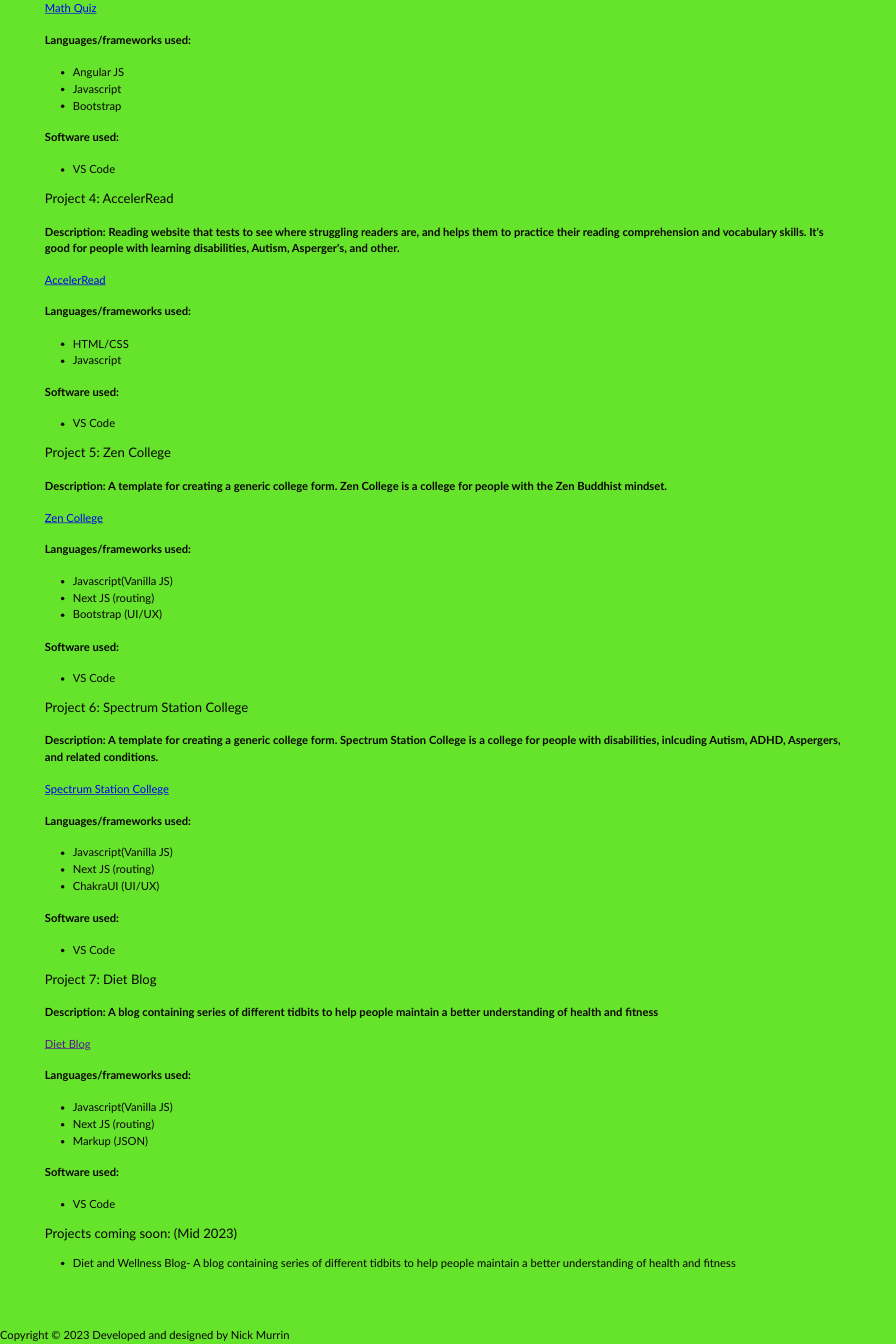
Repository: collegedude9300/modernport
Page: about.html
These files come from the project's save history. The page is drawn as it stood at one moment and after the next save; the edit follows.
The browser window is 1280 px wide. The pictures show the part of the page from y = 1328 to 3248 px (the page is 3248 px tall), at 70% of full size.

Above is the page before, as saved 2023-06-25 20:43:07.

### about.html
<!DOCTYPE html>
<html lang="en">
<head>
  <meta charset="UTF-8">
  <meta name="viewport" content="width=device-width, initial-scale=1.0">
  <meta http-equiv="X-UA-Compatible" content="ie=edge">
  <link rel="stylesheet" href="css/main.css">
  <title>Portfolio</title>
</head>
<body>
<header>
<div class="menu-btn">
<div class="btn-line"></div>
<div class="btn-line"></div>
<div class="btn-line"></div>
</div>

<nav class="menu">
<div class="menu-branding">
<div class="portrait"></div>
</div>

<ul class="menu-nav">
<li class="nav-item">
<a href="index.html" class="nav-link">
Home
</a>
</li>

<li class="nav-item current">
<a href="about.html" class="nav-link">
About Me
</a>
</li>



<li class="nav-item">
<a href="contact.html" class="nav-link">
Contact Me
</a>
</li>
</ul>
</nav>
</header>
<main id="home">

<h1 class="lg-heading">
About Me:
</h1>
    <div class="about-info">
      <div class="bio">
        <p>My name is Nick Murrin and I am a Computer Science graduate of California State University San Marcos.
        I also have a certification in web development, specifically in Full Stack Web Developement.
        My  current expertise is in Front End Web Development.
        I take pride in my  work, and I am always available to help people with their websites.
        </p>
        <h4>  Web Development Projects:</h4>
      </div>
      <div class="project1">
        <h3>Project 1: Education Station </h3>
        <h4>Description: An educational website that reinforces early education for younger kids.</h4>
        <a href="https://educationstation.vercel.app/ "/>Education Station </a>
<h4> Languages/frameworks used: </h4>
<ul>
  <li>Javascript (Vanilla JS)</li>
  <li>Bootstrap</li>
</ul>
<h4> Software used: </h4>
<ul>
<li> Notepad ++  </li>
</ul>
      </div>
      <div class="project2">
        <h3>Project 2: Zen Station</h3>
        <h4>Description: A relaxing website that allows users to settle down by living in the moment through various forms of enlightenment.
          (formally known as Zen Center, but now remastered)</h4>
        <a href="https://zenstationnext.vercel.app/"/> Zen Station </a>
<h4> Languages/frameworks used: </h4>
<ul>
  <li>Javascript(Vanilla JS)</li>
  <li>Next JS (routing)</li>
  <li>Bootstrap (UI/UX)</li>
</ul>
<h4> Software used: </h4>
<ul>
<li> VS Code  </li>
</ul>
      </div>
<div class="project3">
        <h3>Project 3: Math Quiz for Kids</h3>
        <h4>Description: A math quiz practicing math facts.</h4>
        <a href="https://mathquiz-sigma.vercel.app/"/> Math Quiz </a>
<h4> Languages/frameworks used: </h4>
<ul>
  <li>Angular JS</li>
  <li>Javascript</li>
  <li>Bootstrap</li>
</ul>
<h4> Software used: </h4>
<ul>
<li> VS Code  </li>
</ul>
      </div>
</div>
</div>
<div class="project4">
  <h3>Project 4: AccelerRead</h3>
  <h4>Description: Reading website that tests to see where struggling readers are,
and helps them to practice their reading comprehension and vocabulary skills.
 It's good for people with learning disabilities, Autism, Asperger's, and other.</h4>
  <a href="https://accelerread.vercel.app/"/> AccelerRead </a>
<h4> Languages/frameworks used: </h4>
<ul>
<li>HTML/CSS</li>
<li>Javascript</li>
</ul>
<h4> Software used: </h4>
<ul>
<li> VS Code  </li>
</ul>
</div>
</div>
<div class="project5">
  <h3>Project 5: Zen College</h3>
  <h4>Description: A template for creating a generic college form. Zen College is a college for people with the Zen Buddhist mindset.</h4>
  <a href="https://zenschool.vercel.app/"/> Zen College </a>
<h4> Languages/frameworks used: </h4>
<ul>
  <li>Javascript(Vanilla JS)</li>
  <li>Next JS (routing)</li>
  <li>Bootstrap (UI/UX)</li>
</ul>
<h4> Software used: </h4>
<ul>
<li> VS Code  </li>
</ul>
</div>
</div>
<div class="project6">
  <h3>Project 6: Spectrum Station College</h3>
  <h4>Description: A template for creating a generic college form. Spectrum Station College is a college for people with disabilities, inlcuding Autism, ADHD, Aspergers, and related conditions.</h4>
  <a href="https://spectrumstation.vercel.app/"/> Spectrum Station College </a>
<h4> Languages/frameworks used: </h4>
<ul>
  <li>Javascript(Vanilla JS)</li>
  <li>Next JS (routing)</li>
  <li>ChakraUI (UI/UX)</li>
</ul>
<h4> Software used: </h4>
<ul>
<li> VS Code  </li>
</ul>
</div>
</div>

<div class="project7">
  <h3>Project 7: Diet Blog</h3>
  <h4>Description: A blog containing series of different tidbits to help people maintain a better understanding of health and fitness</h4>
  <a href=""/> Diet Blog </a>
<h4> Languages/frameworks used: </h4>
<ul>
  <li>Javascript(Vanilla JS)</li>
  <li>Next JS (routing)</li>
  <li>Markup (JSON)</li>
</ul>
<h4> Software used: </h4>
<ul>
<li> VS Code  </li>
</ul>
</div>
</div>



<h3> Projects coming soon: (Mid 2023)      </h3>
<ul>
  <li> Diet and Wellness Blog- A blog containing series of different tidbits to help people maintain a better understanding of health and fitness</li>
</ul>
</main>
  <footer id="main-footer">
  Copyright &copy; 2023
  Developed and designed by Nick Murrin
  </footer>
<script src="js/main.js"> </script>
</body>
</html>

### css/main.css
.menu-btn {
  position: absolute;
  z-index: 3;
  right: 35px;
  top: 35px;
  cursor: pointer;
  transition: all 0.5s ease-out; }
  .menu-btn .btn-line {
    width: 28px;
    height: 3px;
    margin: 0 0 5px 0;
    background: #000;
    transition: all 0.5s ease-out; }
  .menu-btn.close {
    transform: rotate(180deg); }
    .menu-btn.close .btn-line:nth-child(1) {
      transform: rotate(45deg) translate(5px, 5px); }
    .menu-btn.close .btn-line:nth-child(2) {
      opacity: 0; }
    .menu-btn.close .btn-line:nth-child(3) {
      transform: rotate(-45deg) translate(7px, -6px); }

.menu {
  position: fixed;
  top: 0;
  width: 100%;
  opacity: 0.9;
  visibility: hidden; }
  .menu.show {
    visibility: visible; }
  .menu-branding, .menu-nav {
    display: flex;
    flex-flow: column wrap;
    align-items: center;
    justify-content: center;
    float: left;
    width: 50%;
    height: 100vh;
    overflow: hidden; }
  .menu-nav {
    margin: 0;
    padding: 0;
    background: #f6a205;
    list-style: none;
    transform: translate3d(0, -100%, 0);
    transition: all 0.5s ease-out; }
    .menu-nav.show {
      transform: translate3d(0, 0, 0); }
  .menu-branding {
    background: #faac1b;
    transform: translate3d(0, 100%, 0);
    transition: all 0.5s ease-out; }
    .menu-branding.show {
      transform: translate3d(0, 0, 0); }
    .menu-branding .portrait {
      width: 250px;
      height: 250px; }
  .menu .nav-item {
    transform: translate3d(600px, 0, 0);
    transition: all 0.5s ease-out; }
    .menu .nav-item.show {
      transform: translate3d(0, 0, 0); }
  .menu .nav-link {
    display: inline-block;
    position: relative;
    font-size: 30px;
    text-transform: uppercase;
    padding: 1rem 0;
    font-weight: 300;
    color: #000;
    text-decoration: none;
    transition: all 0.5s ease-out; }

.nav-item:nth-child(1) {
  transition-delay: 0.1s; }

.nav-item:nth-child(2) {
  transition-delay: 0.2s; }

.nav-item:nth-child(3) {
  transition-delay: 0.3s; }

.nav-item:nth-child(4) {
  transition-delay: 0.4s; }

@media screen and (min-width: 1171px) {
  .projects {
    grid-template-columns: repeat(4, 1fr); } }

@media screen and (min-width: 769px) and (max-width: 1170px) {
  .projects {
    grid-template-columns: repeat(3, 1fr); } }

@media screen and (max-width: 768px) {
  main {
    align-items: center;
    text-align: center; }
    main .lg-heading {
      line-height: 1;
      margin-bottom: 1rem; }
  ul.menu-nav,
  div.menu-branding {
    float: none;
    width: 100%;
    min-height: 0; }
    ul.menu-nav.show,
    div.menu-branding.show {
      transform: translate3d(0, 0, 0); }
  .menu-nav {
    height: 75vh;
    transform: translate3d(-100%, 0, 0);
    font-size: 24px; }
  .menu-branding {
    height: 25vh;
    transform: translate3d(100%, 0, 0); }
    .menu-branding .portrait {
      width: 150px;
      height: 150px; }
  .about-info {
    grid-template-areas: 'bioimage'
 'bio'
 'job1'
 'job2'
 'job3';
    grid-template-columns: 1fr; }
  .projects {
    grid-template-columns: repeat(2, 1fr); } }

@media screen and (max-width: 500px) {
  main {
    padding: 2rem; }
    main #home h1 {
      margin-top: 10vh; }
    main .lg-heading {
      margin-top: 1rem;
      font-size: 5rem; }
  .projects {
    grid-template-columns: 1fr; } }

* {
  box-sizing: border-box; }

body {
  background: #66e42c;
  color: #0a0303;
  height: 100%;
  margin: 0;
  font-family: 'Trebuchet MS', 'Lucida Sans Unicode', 'Lucida Grande', 'Lucida Sans', Arial, sans-serif;
  line-height: 1.5; }

.transition1 {
  width: 150px;
  height: 150px;
  background: red;
  transition: width 3s; }

.transition2 {
  width: 150px;
  height: 150px;
  background: #12e7ee;
  transition: width 3s; }

.transition3 {
  width: 150px;
  height: 150px;
  background: #e7d918;
  transition: width 3s; }

.transition4 {
  width: 150px;
  height: 150px;
  background: rgba(238, 150, 18, 0.753);
  transition: width 3s; }

.myTitle {
  padding: 50px;
  margin: 20px;
  font-size: 30px;
  font-family: Cambria, Cochin, Georgia, Times, 'Times New Roman', serif;
  color: #1133ca; }

h1, h2, h3 {
  margin: 0;
  font-weight: 400; }

.lg-heading {
  font-size: 6rem; }

header {
  position: relative;
  z-index: 2; }

main {
  padding: 4rem;
  height: 100%; }
  main#home {
    overflow: hidden; }
  main h1 {
    margin-top: 20vh; }

### js/main.js
// Select DOM Items
const menuBtn = document.querySelector('.menu-btn');
const menu = document.querySelector('.menu');
const menuNav = document.querySelector('.menu-nav');
const menuBranding = document.querySelector('.menu-branding');
const navItems = document.querySelectorAll('.nav-item');

// Set Initial State Of Menu
let showMenu = false;

menuBtn.addEventListener('click', toggleMenu);

function toggleMenu() {
  if (!showMenu) {
    menuBtn.classList.add('close');
    menu.classList.add('show');
    menuNav.classList.add('show');
    menuBranding.classList.add('show');
    navItems.forEach(item => item.classList.add('show'));

    // Set Menu State
    showMenu = true;
  } else {
    menuBtn.classList.remove('close');
    menu.classList.remove('show');
    menuNav.classList.remove('show');
    menuBranding.classList.remove('show');
    navItems.forEach(item => item.classList.remove('show'));

    // Set Menu State
    showMenu = false;
  }
}

After the next save:
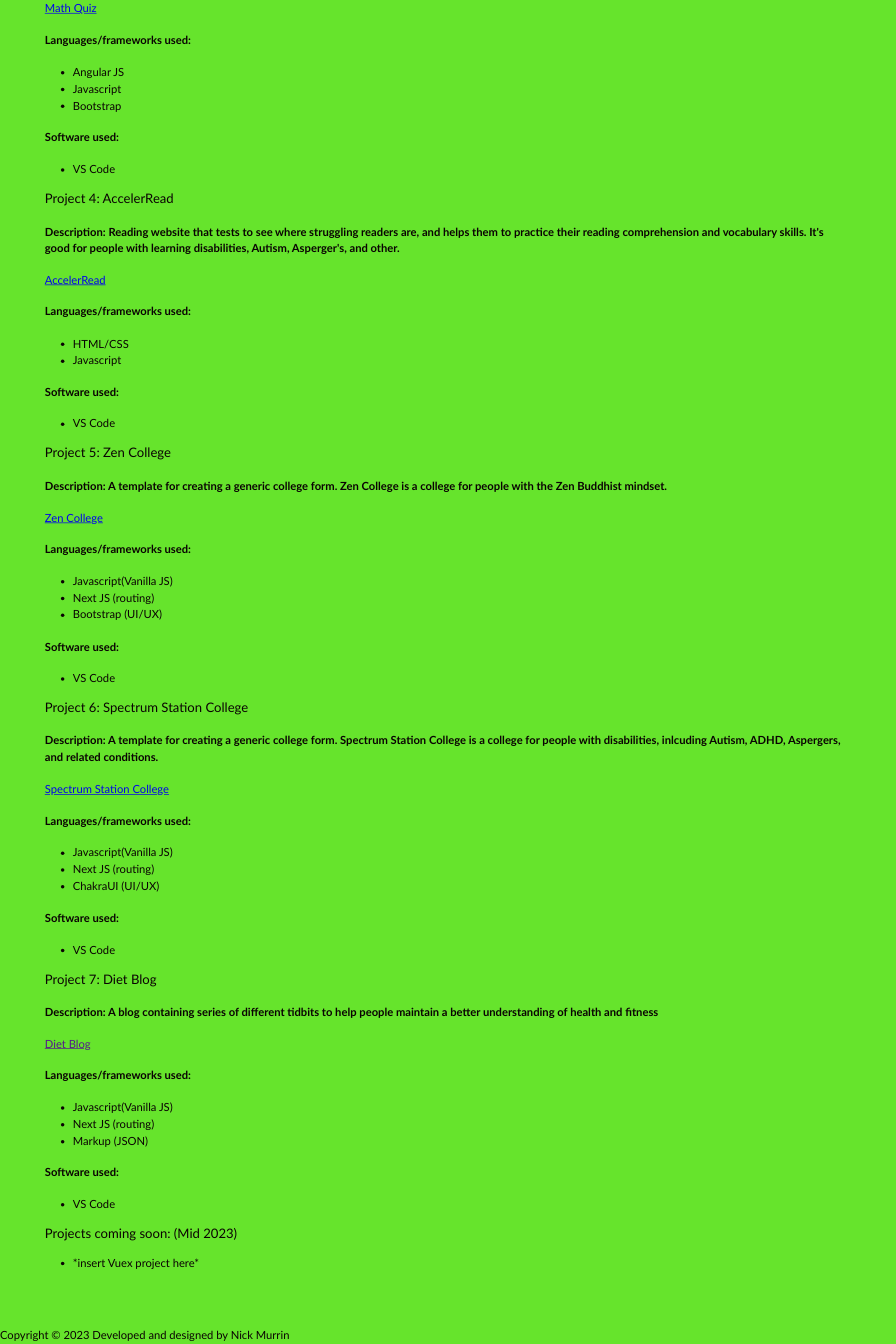
Saved 47 s later.
--- a/about.html
+++ b/about.html
@@ -175,7 +175,7 @@
 
 <h3> Projects coming soon: (Mid 2023)      </h3>
 <ul>
-  <li> Diet and Wellness Blog- A blog containing series of different tidbits to help people maintain a better understanding of health and fitness</li>
+  <li> *insert Vuex project here*</li>
 </ul>
 </main>
   <footer id="main-footer">
